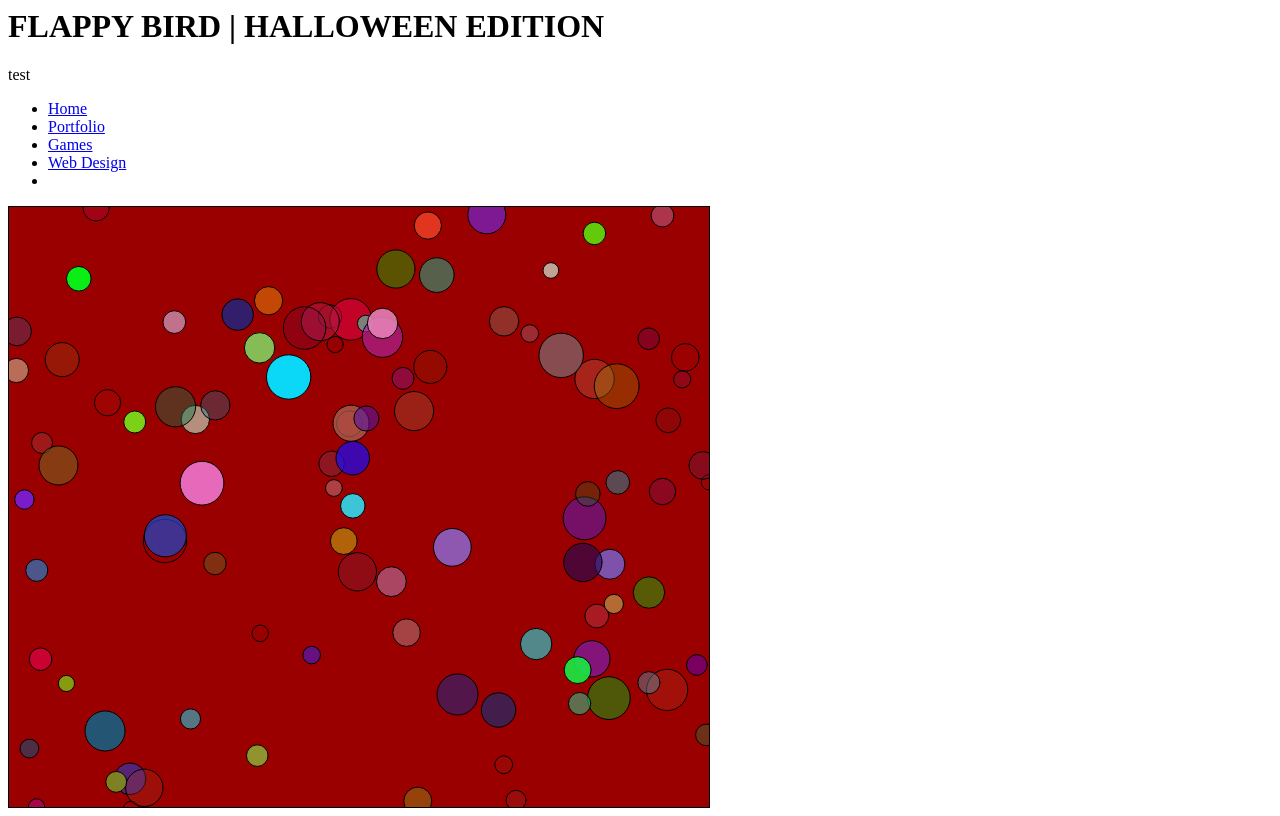
Repository: raidrn/raidrn.github.io
Page: mygame.html
The author's editor kept a record of every edit. The page is drawn from the files as they stood at one moment, then again after the next edit.
The browser window is 1280 px wide. The pictures show the whole page.

Above is the page before.

### mygame.html
<html>

  <head>
      <meta http-equiv="Content-Type" content="text/html; charset=UTF-8" />
      <title>Processing Demo</title>
      <script type="text/javascript" src="js/processing.js"></script>
  </head>

  <body>
    <h1>FLAPPY BIRD | HALLOWEEN EDITION</h1>
    <p>test</p>

    <header>
        <div>
            <nav><!Comment "The Navigation Bar">
                <ul>

                    <li><a href="index.html">Home</a></li>
                    <li><a href="portfolio.html">Portfolio</a></li>
                    <li><a href="gamer.html">Games</a></li>
                    <li><a href="web.html">Web Design</a></li>
                    <li><a class="turnon" href="mygame.html"></a></li>

                </ul>
            </nav>
        </div>
    </header>

    <script type="text/processing">

     Ball[] ball;

      void setup(){
        size(700, 600);
        frameRate(100);
        ball = new Ball[100];
        for(int i = 0; i < ball.length; i++){
            ball[i] = new Ball();
        }
      }



      void draw(){
          background(155,0,0);
            for(int i = 0; i < ball.length; i++){
                ball[i].display();
            }

      }
      class Ball{

          float x;
          float y;
          float Vx;
          float Vy;
          float r,g,b,o;
          float d;

          Ball(){
              x = random(width);
              y = random(height);
              Vx = random(-5,5);
              Vy = random(-5,5);
              r = random(255);
              g = random(255);
              b = random(255);
              o = random(255);
              d = random(30) + 15;
          }

          void display(){
              fill(r,g,b,o);
              ellipse(x,y,d,d);
              x += Vx;
              y += Vy;
              if(x > width || x < 0){
                  Vx *= -1;
              }
              if(y > height || y < 0){
                  Vy *= -1;
              }
          }
    }


    </script>
    <canvas id="sketch" style="border: 1px solid black;"></canvas>

  </body>

</html>

Loaded but not shown: js/processing.js (library)

After the next edit:
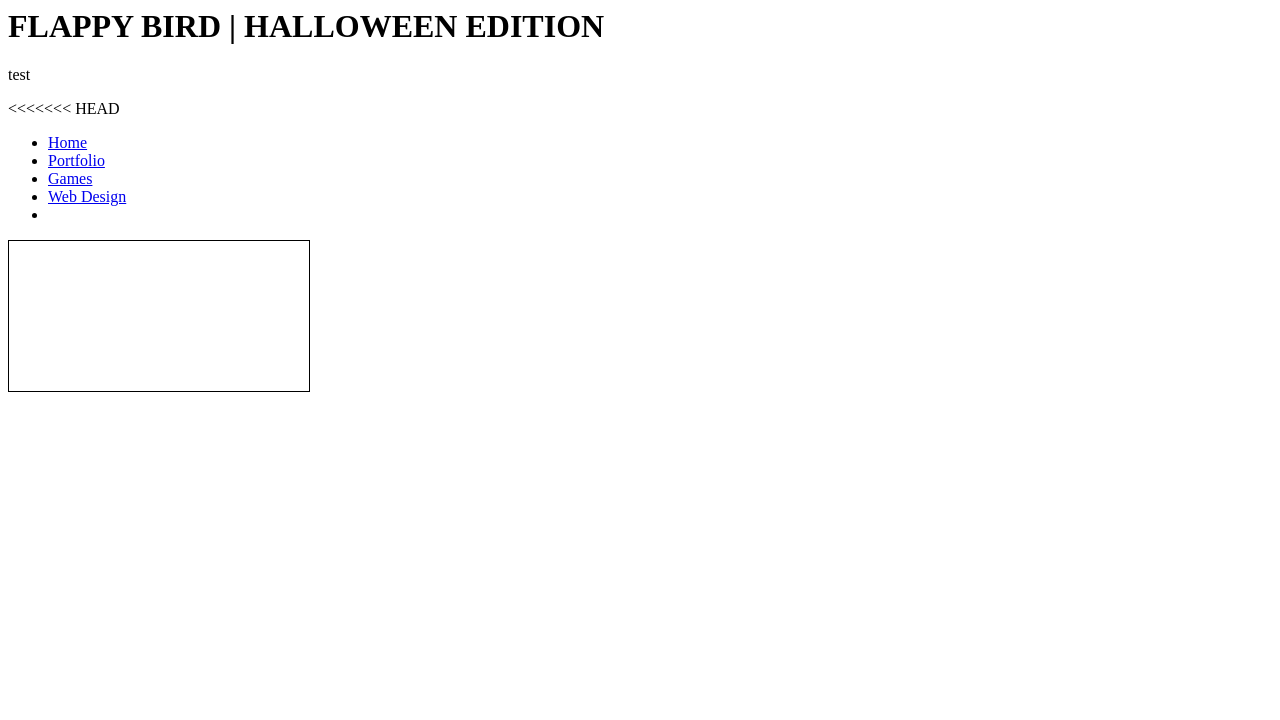
Console error: SyntaxError: Unexpected token '==='
The edit:
--- a/mygame.html
+++ b/mygame.html
@@ -10,6 +10,7 @@
     <h1>FLAPPY BIRD | HALLOWEEN EDITION</h1>
     <p>test</p>
 
+<<<<<<< HEAD
     <header>
         <div>
             <nav><!Comment "The Navigation Bar">
@@ -84,6 +85,72 @@
     }
 
 
+=======
+    <script type="text/processing">
+        Ball[] ball;
+
+        void setup(){
+          size(800,800);
+          ball = new Ball[100];
+          for(int i = 0; i < ball.length; i++){
+            ball[i] = new Ball();
+          }
+        }
+
+        void draw(){
+          background(0);
+          for(int i = 0; i < ball.length; i++){
+            ball[i].display();
+          }
+        }
+
+        Ball{
+          //DECLARE VARIABLES
+          float x;
+          float y;
+          float Vx;
+          float Vy;
+          float d;
+          int theColorR;
+          int theColorB;
+          int theColorG;
+          // Constructor MAKE THE BALL
+          public Ball(){ //MUST BE THE NAME OF THE CLASS  ----  NO RETURN CLASS
+              x = random(width);
+              y = random(height);
+              Vx = random(-5,5);
+              Vy = random(-5,5);
+              d = random(150) + 15; // BETWEEN 1 AND 51 PIXELS WIDE/TALL
+              theColorR = (int)(random(255));
+              theColorB = (int)(random(255));
+              theColorG = (int)(random(255));
+          }
+
+          //METHODS (FUNCTION)
+          public void display(){
+              fill(theColorR, theColorB, theColorG);
+              update();
+              circle(x,y,d);
+
+          }
+
+          public void update(){
+            x += Vx; //x = x + Vx
+            y += Vy;
+            checkWalls();
+          }
+
+
+          public void checkWalls(){
+            if(x<0 || x > width){
+               Vx *= -1;
+            }
+            if(y<0 || y > height){
+               Vy *= -1;
+            }
+          }
+        }
+>>>>>>> 60f51face6ddcb57084ec63ba7baecd59a818e32
     </script>
     <canvas id="sketch" style="border: 1px solid black;"></canvas>
 
